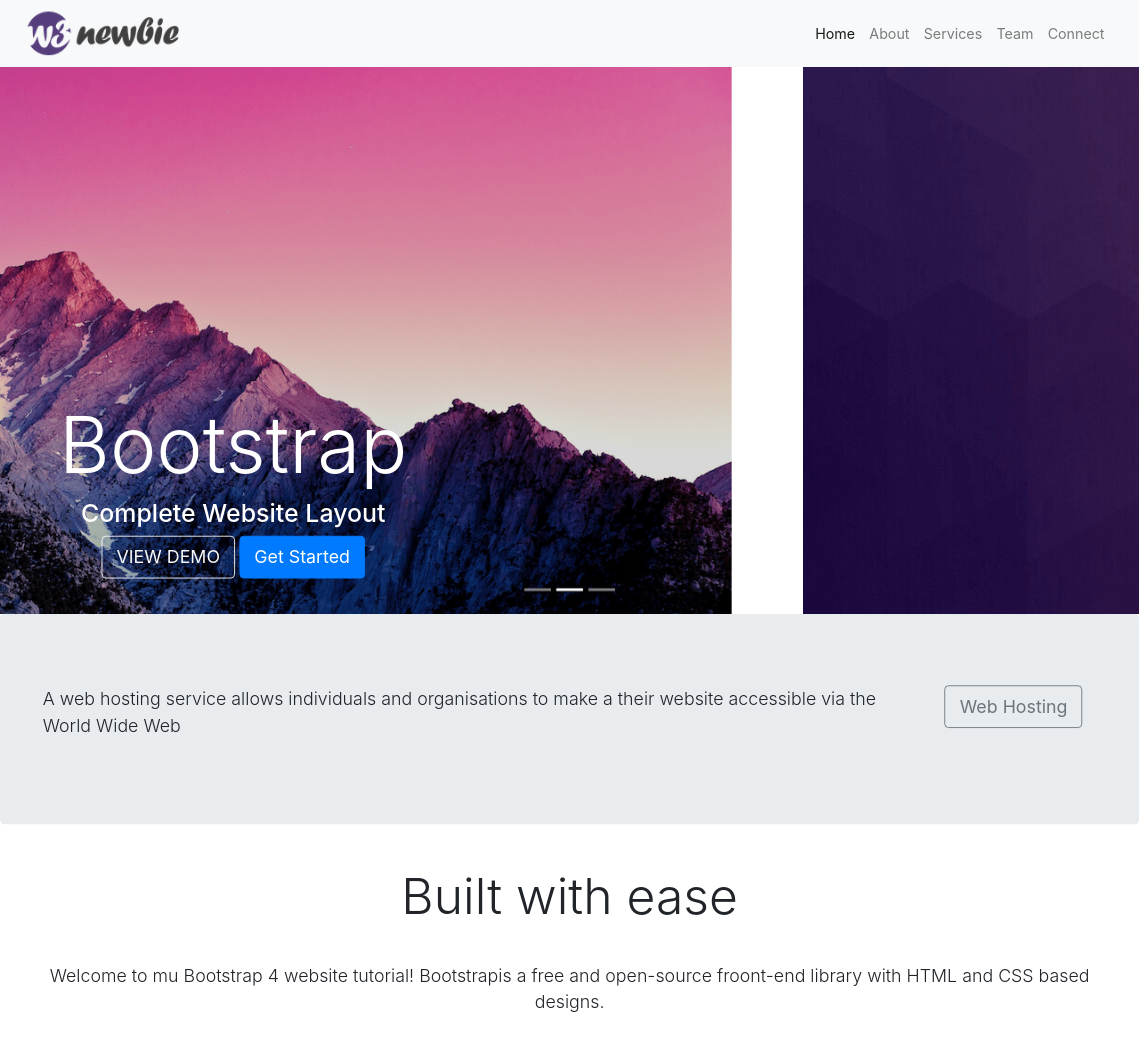
Repository: rkyankya/Bootstrap-1
Page: index.html
The author's editor kept a copy of each file at every save. The page is drawn from the files as they stood at one save, then again after the next save.
The browser window is 1280 px wide. The pictures show the whole page, at 89% of full size.
Some web libraries are served in a nearby version.

Above is the page before, as saved 2019-12-15 17:04:02.

### index.html
<!DOCTYPE html>
<html lang="en">

<head>
    <meta charset="utf-8">
    <meta name="viewport" content="width=device-width, initial-scale=1">
    <title>Complete Bootstrap 4 Website Layout</title>
    <link rel="stylesheet" href="https://maxcdn.bootstrapcdn.com/bootstrap/4.0.0/css/bootstrap.min.css">
    <script src="https://ajax.googleapis.com/ajax/libs/jquery/3.3.1/jquery.min.js"></script>
    <script src="https://cdnjs.cloudflare.com/ajax/libs/popper.js/1.12.9/umd/popper.min.js"></script>
    <script src="https://maxcdn.bootstrapcdn.com/bootstrap/4.0.0/js/bootstrap.min.js"></script>
    <script src="https://use.fontawesome.com/releases/v5.0.8/js/all.js"></script>
    <link href="style.css" rel="stylesheet">
</head>

<body>

    <!-- Navigation -->
    <nav class="navbar navbar-expand-md navbar-light bg-light sticky-top">
        <div class="container-fluid">
            <a class="navbar-brand" href="#"><img src="img/logo.png" alt="#"></a>
            <button class="navbar-toggler" type="button" data-toggler="collapse" data-target="#navbarResponsive">
              <span class="navbar-toggler-icon"></span>
            </button>
            <div class="collapse navbar-collapse" id="navbarResponsive">
                <ul class="navbar-nav ml-auto">
                    <li class="nav-item active">
                        <a class="nav-link" href="#">Home</a>
                    </li>
                    <li class="nav-item">
                        <a class="nav-link" href="#">About</a>
                    </li>
                    <li class="nav-item">
                        <a class="nav-link" href="#">Services</a>
                    </li>
                    <li class="nav-item">
                        <a class="nav-link" href="#">Team</a>
                    </li>
                    <li class="nav-item">
                        <a class="nav-link" href="#">Connect</a>
                    </li>
                </ul>
            </div>
        </div>
    </nav>

    <!--- Image Slider -->
    <div id="slides" class="carousel slide" data-ride="carousel">
        <ul class="carousel-indicators">
            <li data-target="#slides" data-slide-to="0" class="active"></li>
            <li data-target="#slides" data-slide-to="1"></li>
            <li data-target="#slides" data-slide-to="2"></li>
        </ul>
        <div class="carousel-inner">
            <div class="carousel-item active">
                <img src="img/background.png" alt="#">
                <div class="carousel-caption">
                    <h1 class="display-2">Bootstrap</h1>
                    <h3>Complete Website Layout</h3>
                    <button type="button" class="btn btn-outline-light btn-lg">VIEW DEMO</button>
                    <button type="button" class="btn btn-primary btn-lg">Get Started</button>
                </div>
            </div>
            <div class="carousel-item">
                <img src="img/background2.png" alt="#">
            </div>
            <div class="carousel-item">
                <img src="img/background3.png" alt="#">
            </div>
        </div>
    </div>

    <!--- Jumbotron -->
    <div class="container-fluid">
        <div class="row jumbotron">
            <div class="col-xs-12 col-sm-12 col-md-9 col-lg-9 col-xl-10">
                <!--Bootstrap has 12 coloms the 12 describes the coloms to take-->
                <p class="lead">A web hosting service allows individuals and organisations to make a their website accessible via the World Wide Web</p>
            </div>
            <div class="col-xs-12 col-sm-12 col-md-3 col-lg-3 col-xl-2">
                <a href="#">
                    <button type="button" class="btn btn-outline-secondary btn-lg">Web Hosting</button>
                </a>
            </div>
        </div>
    </div>


    <!--- Welcome Section -->
    <div class="container-fluid padding">
        <div class="row welcome text-center">
            <div class="col-12">
                <h1 class="display-4">Built with ease</h1>
            </div>
            <hr>
            <div class="col-12">
                <p class="lead">Welcome to mu Bootstrap 4 website tutorial! Bootstrapis a free and open-source froont-end library with HTML and CSS based designs.</p>
            </div>
        </div>
    </div>

    <!--- Three Column Section -->


    <!--- Two Column Section -->


    <!--- Fixed background -->


    <!--- Emoji Section -->


    <!--- Meet the team -->


    <!--- Cards -->


    <!--- Two Column Section -->


    <!--- Connect -->


    <!--- Footer -->




</body>

</html>

### style.css
@import url('https://fonts.googleapis.com/css?family=Poppins:400,500,700');











/*---Media Queries --*/
@media (max-width: 992px) {

  }
@media (max-width: 768px) {

}
@media (max-width: 576px) {

}


/*---Firefox Bug Fix --*/
.carousel-item {
  transition: -webkit-transform 0.5s ease;
  transition: transform 0.5s ease;
  transition: transform 0.5s ease, -webkit-transform 0.5s ease;
  -webkit-backface-visibility: visible;
  backface-visibility: visible;
}
/*--- Fixed Background Image --*/
figure {
  position: relative;
  width: 100%;
  height: 60%;
  margin: 0!important;
}
.fixed-wrap {
  clip: rect(0, auto, auto, 0);
  position: absolute;
  top: 0;
  left: 0;
  width: 100%;
  height: 100%;
}
#fixed {
  background-image: url('img/mac.png');
  position: fixed;
  display: block;
  top: 0;
  left: 0;
  width: 100%;
  height: 100%;
  background-size: cover;
  background-position: center center;
  -webkit-transform: translateZ(0);
          transform: translateZ(0);
  will-change: transform;
}
/*--- Bootstrap Padding Fix --*/
[class*="col-"] {
    padding: 1rem;
}





/*
Extra small (xs) devices (portrait phones, less than 576px)
No media query since this is the default in Bootstrap

Small (sm) devices (landscape phones, 576px and up)
@media (min-width: 576px) { ... }

Medium (md) devices (tablets, 768px and up)
@media (min-width: 768px) { ... }

Large (lg) devices (desktops, 992px and up)
@media (min-width: 992px) { ... }

Extra (xl) large devices (large desktops, 1200px and up)
@media (min-width: 1200px) { ... }
*/

After the next save:
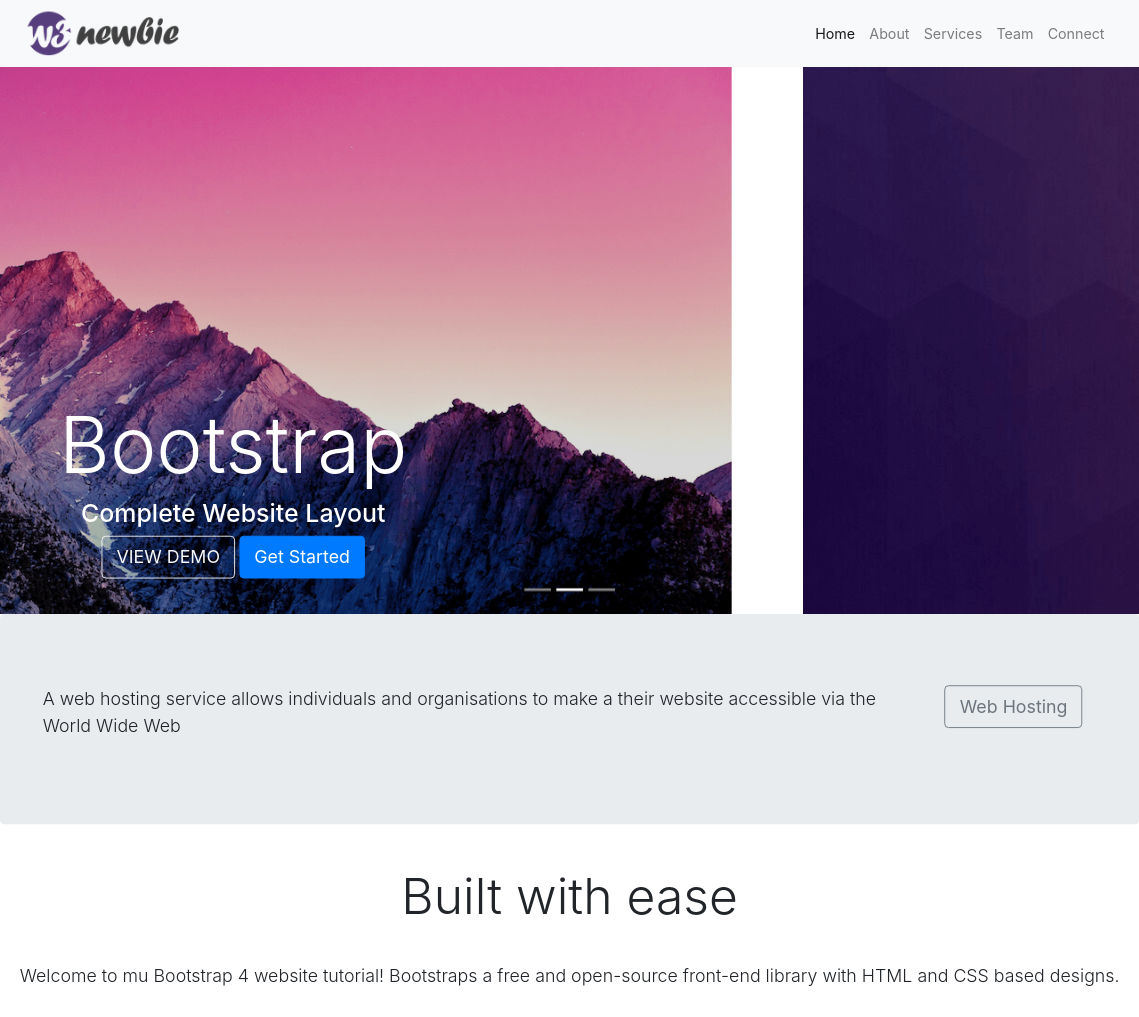
Saved 10 s later.
--- a/index.html
+++ b/index.html
@@ -94,7 +94,7 @@
             </div>
             <hr>
             <div class="col-12">
-                <p class="lead">Welcome to mu Bootstrap 4 website tutorial! Bootstrapis a free and open-source froont-end library with HTML and CSS based designs.</p>
+                <p class="lead">Welcome to mu Bootstrap 4 website tutorial! Bootstraps a free and open-source front-end library with HTML and CSS based designs.</p>
             </div>
         </div>
     </div>
